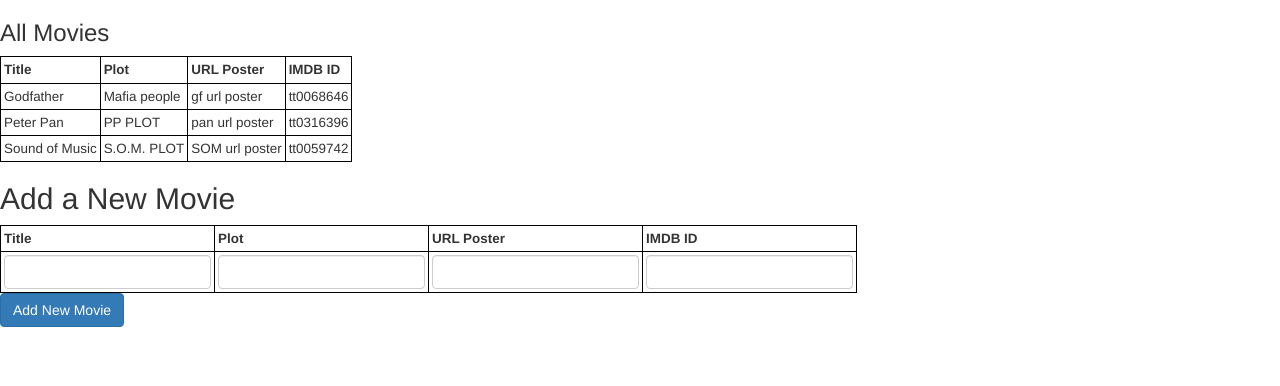
Repository: gitsana/JoseAnnunziato
Page: MyRestfulService/WebContent/movies.html
The author's editor kept a copy of each file at every save. The page is drawn from the files as they stood at one save, then again after the next save.
The browser window is 1280 px wide. The pictures show the whole page.
The page's requests for data from a server got no answer.

Above is the page before, as saved 2015-10-02 03:26:36.

After the next save:
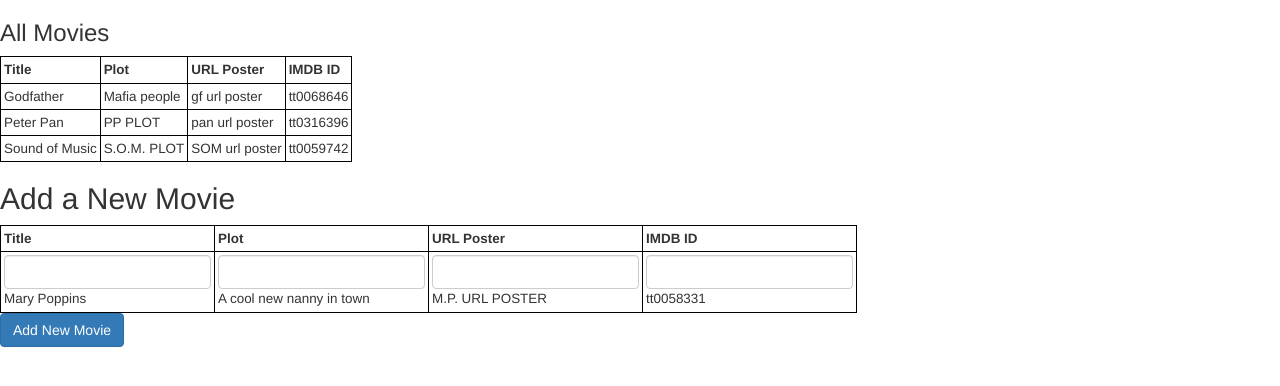
Saved 2 min 52 s later.
--- a/MyRestfulService/WebContent/movies.html
+++ b/MyRestfulService/WebContent/movies.html
@@ -35,10 +35,10 @@
 		<th>IMDB ID</th>
 	</tr>
 	<tr>
-		<td><input class="form-control" id="newtitle"></td>
-		<td><input class="form-control" id="newplot"></td>
-		<td><input class="form-control" id="newurlposter"></td>
-		<td><input class="form-control" id="newimdbid"></td>
+		<td><input class="form-control" id="newtitle">Mary Poppins</td>
+		<td><input class="form-control" id="newplot">A cool new nanny in town</td>
+		<td><input class="form-control" id="newurlposter">M.P. URL POSTER</td>
+		<td><input class="form-control" id="newimdbid">tt0058331</td>
 	</tr>
 </table>
 <button class="btn btn-primary" id="addButton">Add New Movie</button>
